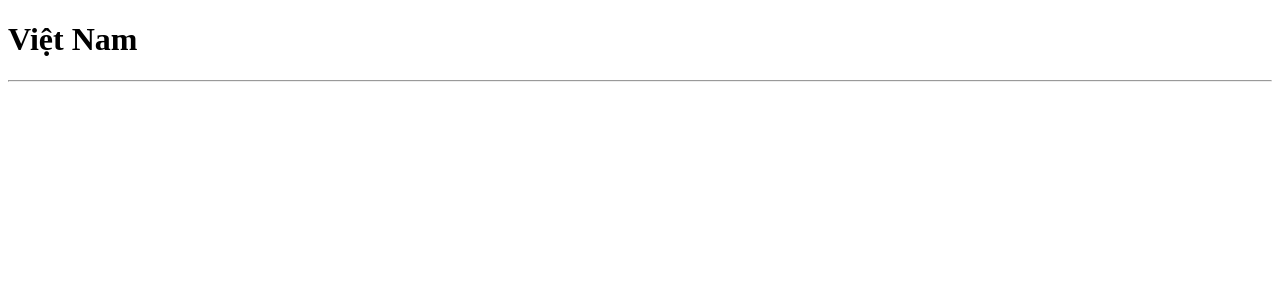
Repository: nguyenhung50497/MD2_cssCanBan
Page: dinhDangVanBanCSS/index.html
An editor plug-in stored every save of this project. The page is shown before and after the next save, followed by the edit.
The browser window is 1280 px wide. The pictures show the whole page.

Above is the page before, as saved 2022-11-28 10:44:23.

After the next save:
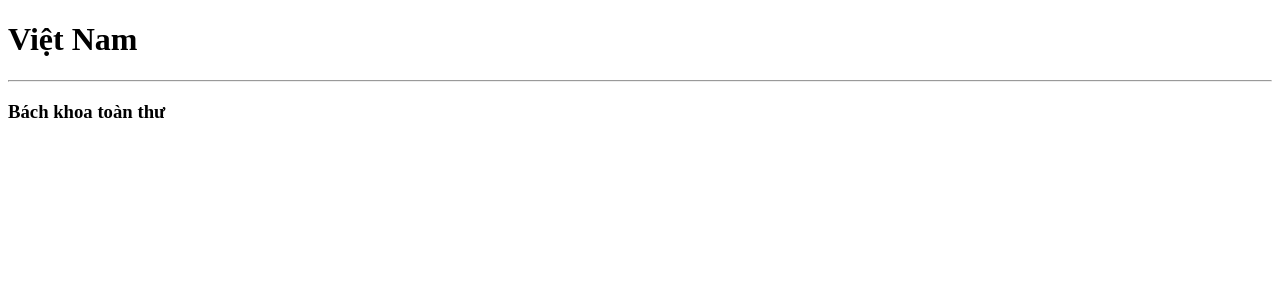
Saved 8 s later.
--- a/dinhDangVanBanCSS/index.html
+++ b/dinhDangVanBanCSS/index.html
@@ -11,7 +11,7 @@
     <div>
         <h1>Việt Nam</h1>
         <hr>
-        <h3></h3>
+        <h3>Bách khoa toàn thư </h3>
     </div>
 </body>
 </html>
